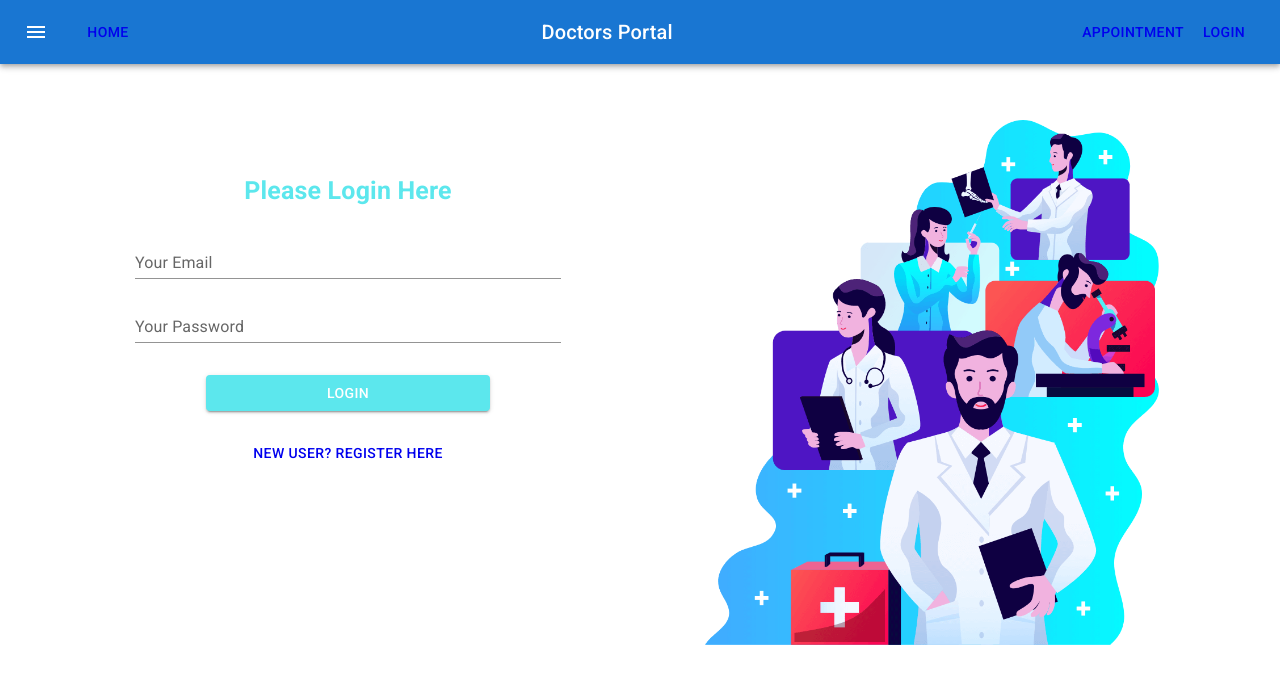
Repository: Sharif-00112/doctors-portal-client
Page: /login
An editor plug-in stored every save of this project. The page is shown before and after the next save, followed by the edit.
The browser window is 1280 px wide. The pictures show the whole page.
The project was rebuilt for these pictures with package versions that can differ from the ones it lists, and the page was loaded fresh each time. Also part of the build but not shown: src/Pages/Shared/Footer/Footer.js, src/Pages/Home/AppointmentBanner/AppointmentBanner.js, src/Pages/Home/Banner/Banner.js, src/Pages/Home/Contact/Contact.js, src/Pages/Home/Service/Service.js, src/Pages/Home/Services/Services.js, src/Pages/Home/Story/Story.js, src/Pages/Home/Home/Home.js and 7 more.

Above is the page before, as saved 2022-11-06 22:31:51.

After the next save:
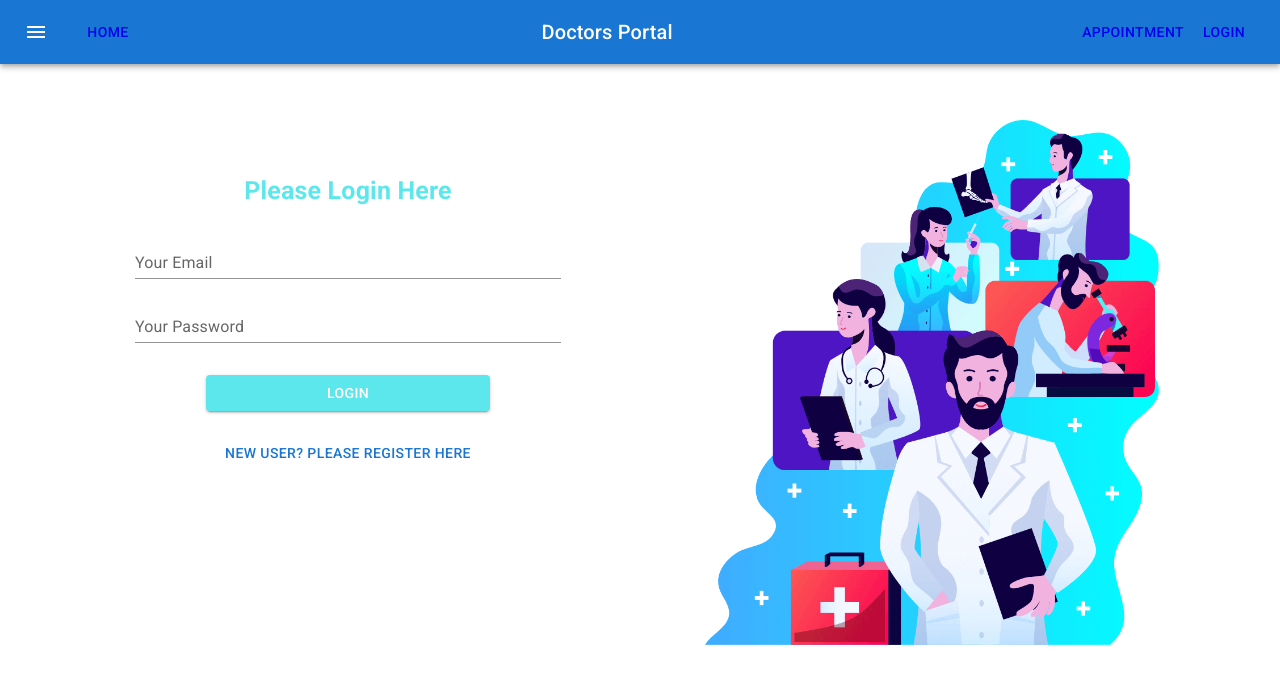
Saved 23 s later.
--- a/src/Pages/Login/Login/Login.js
+++ b/src/Pages/Login/Login/Login.js
@@ -60,8 +60,8 @@ const Login = () => {
                                 <NavLink
                                     style={{ textDecoration:'none' }}
                                     to='/register'>
-                                    <Button color="inherit">
-                                        New user? Register here
+                                    <Button>
+                                        New user? Please Register here
                                     </Button>
                                 </NavLink>
                             </form>
